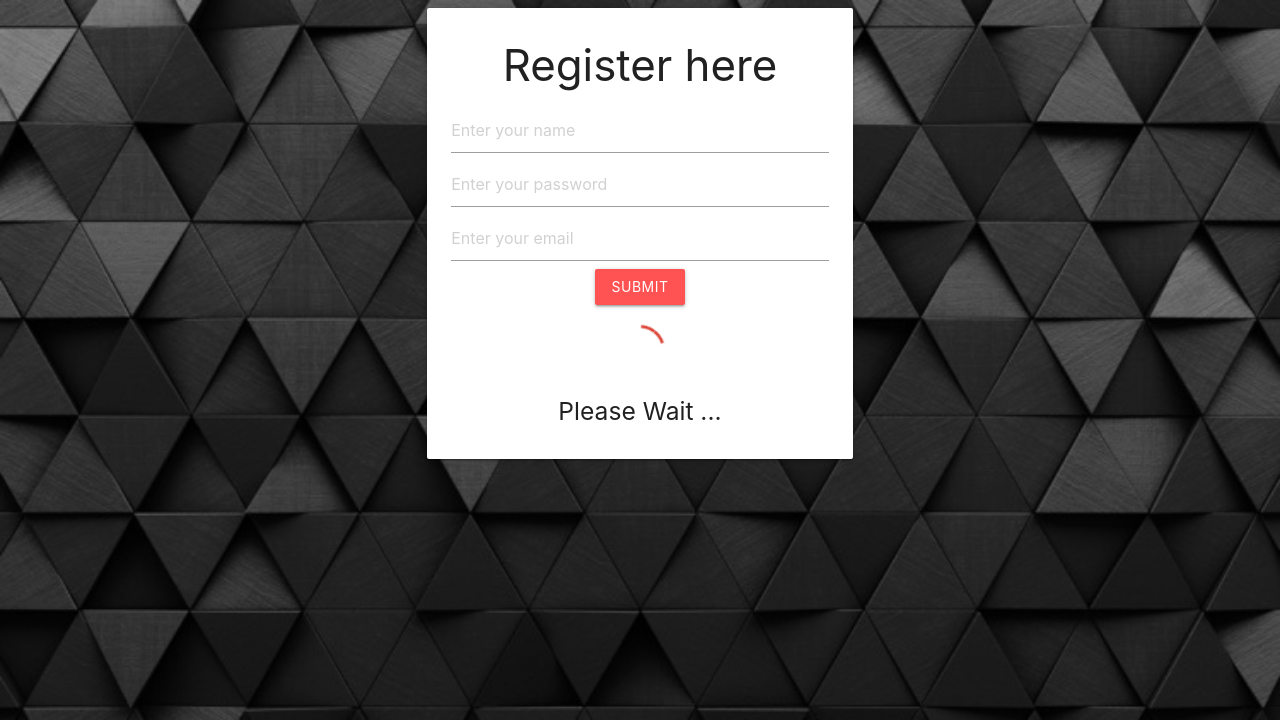
Repository: Attishgawali/JavaServletAndJSP
Page: http://localhost/Register/signup.jsp
The author's editor kept a copy of each file at every save. The page is drawn from the files as they stood at one save, then again after the next save.
The browser window is 1280 px wide. The pictures show the whole page.
The page is served by Tomcat 9.

Above is the page before, as saved 2023-07-06 11:50:55.

After the next save:
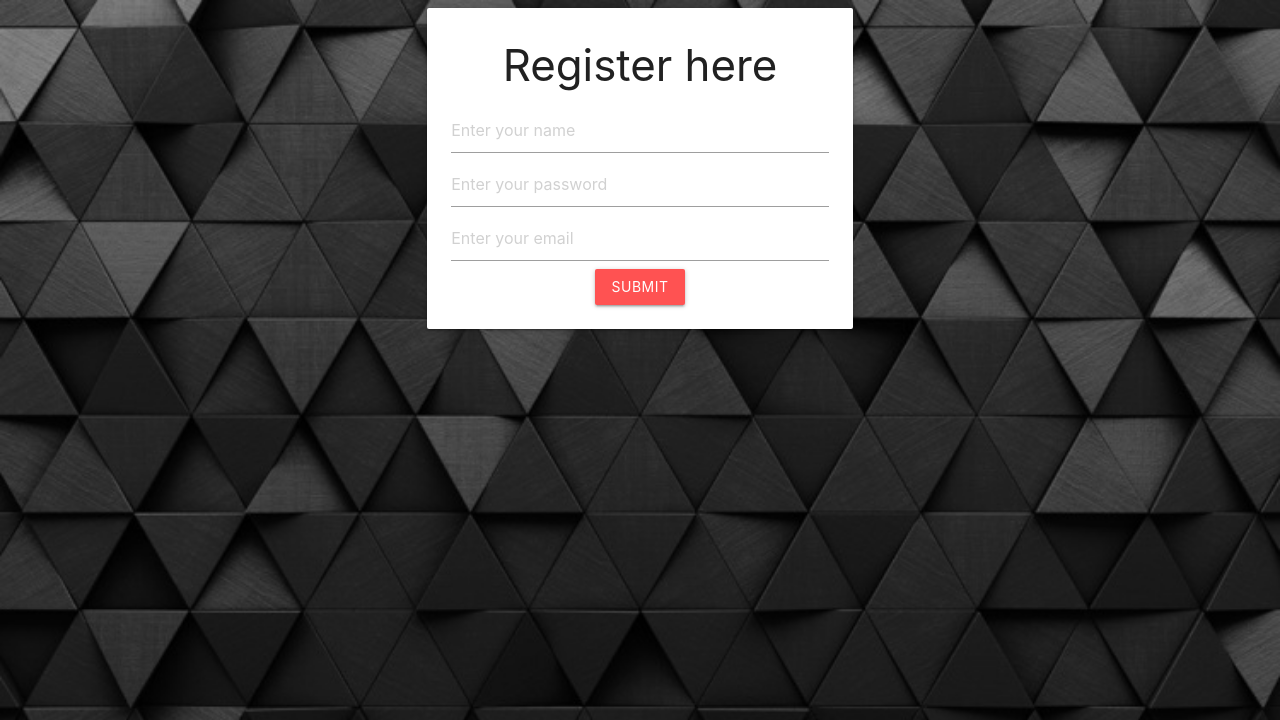
Saved 44 s later.
--- a/Register/src/main/webapp/signup.jsp
+++ b/Register/src/main/webapp/signup.jsp
@@ -33,7 +33,7 @@
 							</form>
 						</div>
 
-						<div class="loader center-align" style="margin-top: 20px;">
+						<div class="loader center-align" style="margin-top: 20px; display:none;">
 							<div class="preloader-wrapper active">
 								<div class="spinner-layer spinner-red-only">
 									<div class="circle-clipper left">
